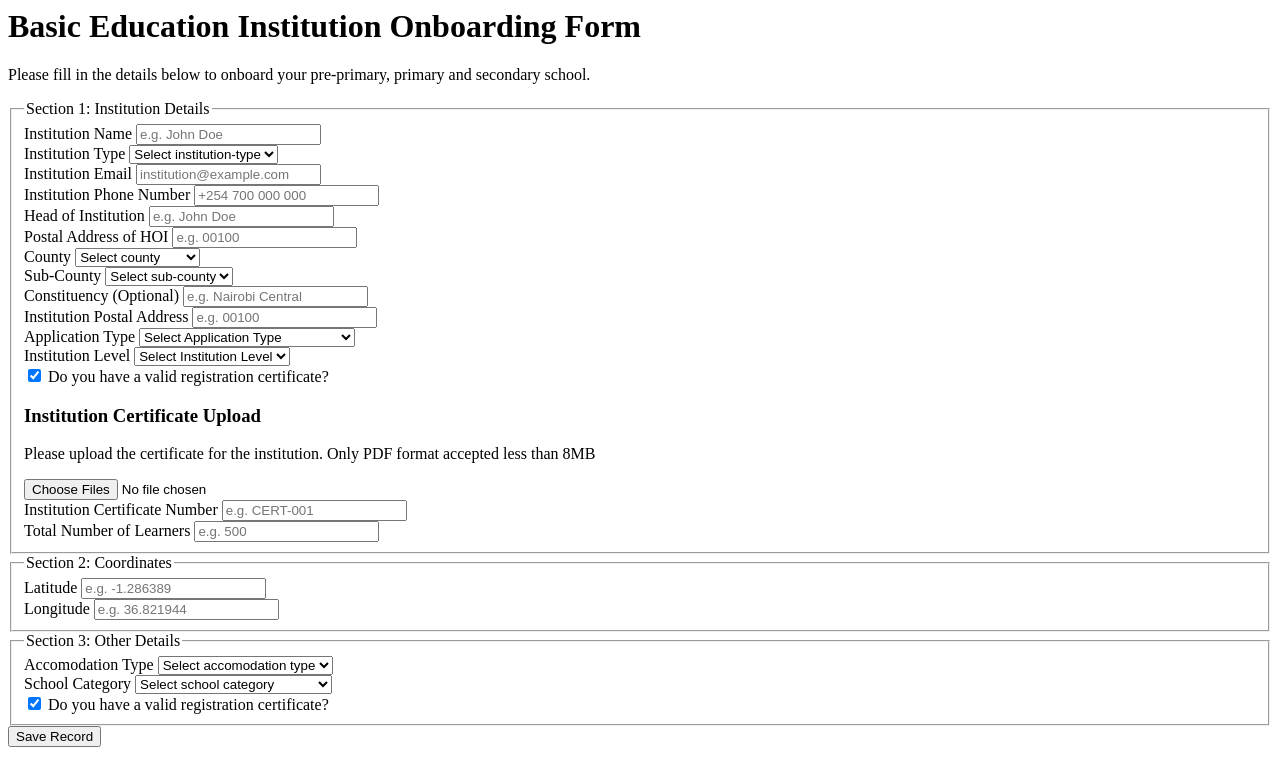
Repository: ndirituart/KEMIS
Page: angular-client/src/app/pages/basic-education/basic-education.html
An editor plug-in stored every save of this project. The page is shown before and after a run of saves, followed by the edit.
The browser window is 1280 px wide. The pictures show the whole page.

Above is the page before, as saved 2026-10-20 22:32:09.

After the next 2 saves:
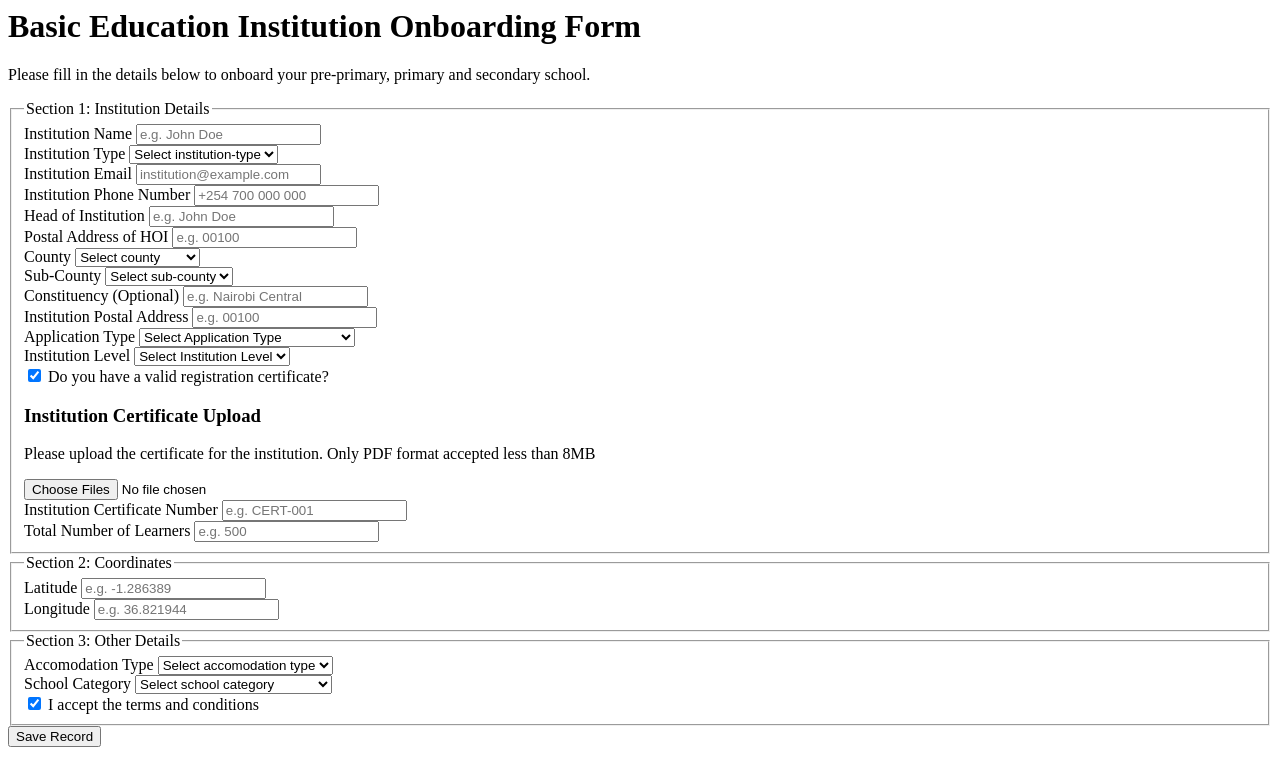
The 2 saves are shown as one change because they came seconds apart.
The last was saved 8 s later.
--- a/angular-client/src/app/pages/basic-education/basic-education.html
+++ b/angular-client/src/app/pages/basic-education/basic-education.html
@@ -237,8 +237,8 @@
       <!--Terms & Conditions-->
       <div class="col-12 mt-3">
         <div class="form-check form-switch">
-          <input class="form-check-input" type="checkbox" role="switch" id="acceptTerms" name="certificateValid" checked>
-          <label class="form-check-label fw-semibold" for="certificateValid">Do you have a valid registration certificate?</label>
+          <input class="form-check-input" type="checkbox" role="switch" id="acceptTerms" name="acceptTerms" checked>
+          <label class="form-check-label fw-semibold" for="acceptTerms">I accept the terms and conditions</label>
         </div>
       </div>
     </div>
